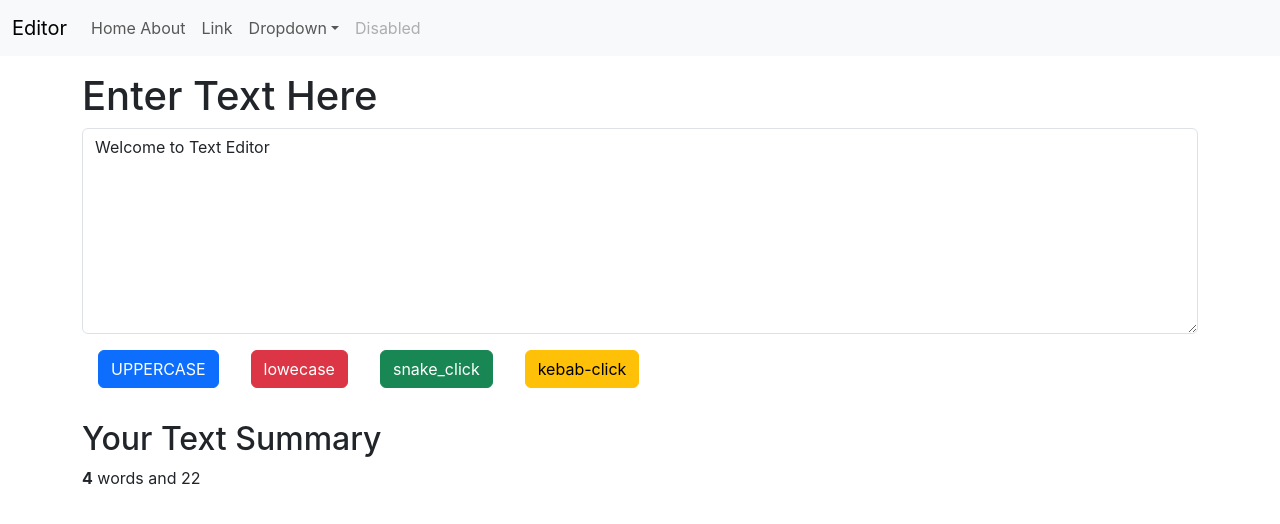
Repository: Shubham-tawar/Text-editor
Page: /
These files come from the project's save history. The page is drawn as it stood at one moment and after the next save; the edit follows.
The browser window is 1280 px wide. The pictures show the whole page.
The project was rebuilt for these pictures with package versions that can differ from the ones it lists, and the page was loaded fresh each time. Also part of the build but not shown: src/App.css.

Above is the page before, as saved 2025-07-07 16:43:46.

### public/index.html
<!DOCTYPE html>
<html lang="en">
  <head>
    <meta charset="utf-8" />
    <link rel="icon" href="%PUBLIC_URL%/favicon.ico" />
    <meta name="viewport" content="width=device-width, initial-scale=1" />
    <meta name="theme-color" content="#000000" />
    <meta
      name="description"
      content="Web site created using create-react-app"
    />
    <link rel="apple-touch-icon" href="%PUBLIC_URL%/logo192.png" />
    <!--
      manifest.json provides metadata used when your web app is installed on a
      user's mobile device or desktop. See https://developers.google.com/web/fundamentals/web-app-manifest/
    -->
    <link rel="manifest" href="%PUBLIC_URL%/manifest.json" />
    <!--
      Notice the use of %PUBLIC_URL% in the tags above.
      It will be replaced with the URL of the `public` folder during the build.
      Only files inside the `public` folder can be referenced from the HTML.

      Unlike "/favicon.ico" or "favicon.ico", "%PUBLIC_URL%/favicon.ico" will
      work correctly both with client-side routing and a non-root public URL.
      Learn how to configure a non-root public URL by running `npm run build`.
    -->
    <link href="https://cdn.jsdelivr.net/npm/bootstrap@5.3.7/dist/css/bootstrap.min.css" rel="stylesheet" integrity="sha384-LN+7fdVzj6u52u30Kp6M/trliBMCMKTyK833zpbD+pXdCLuTusPj697FH4R/5mcr" crossorigin="anonymous">
    <title>React App</title>
  </head>
  <body>
    <noscript>You need to enable JavaScript to run this app.</noscript>
    <div id="root"></div>
    <!--
      This HTML file is a template.
      If you open it directly in the browser, you will see an empty page.

      You can add webfonts, meta tags, or analytics to this file.
      The build step will place the bundled scripts into the <body> tag.

      To begin the development, run `npm start` or `yarn start`.
      To create a production bundle, use `npm run build` or `yarn build`.
    -->
    <script src="https://cdn.jsdelivr.net/npm/bootstrap@5.3.7/dist/js/bootstrap.bundle.min.js" integrity="sha384-ndDqU0Gzau9qJ1lfW4pNLlhNTkCfHzAVBReH9diLvGRem5+R9g2FzA8ZGN954O5Q" crossorigin="anonymous"></script>
  </body>
</html>

### src/App.js

import './App.css';
import Navbar from './components/Navbar';
import Textform from './components/Textform';

function App() {
  return (
    <>
    <Navbar title="Editor" aboutText="About"/>
    <Textform heading = "Enter Text Here"/>
    </>
  );
}

export default App;

### src/components/Navbar.js
import React from 'react'
import PropTypes from 'prop-types'
export default function Navbar(props) {
  return (
    <>
    <nav className="navbar navbar-expand-lg navbar-light bg-light">
        <div className="container-fluid">
            <a className="navbar-brand" href="/">{props.title}</a>
            <button className="navbar-toggler" type="button" data-toggle="collapse" data-target="#navbarSupportedContent" aria-controls="navbarSupportedContent" aria-expanded="false" aria-label="Toggle navigation">
                <span className="navbar-toggler-icon"></span>
            </button>

            <div className="collapse navbar-collapse" id="navbarSupportedContent">
                <ul className="navbar-nav mr-auto">
                <li className="nav-item active">
                    <a className="nav-link" href="/">Home <span className="sr-only">{props.aboutText}</span></a>
                </li>
                <li className="nav-item">
                    <a className="nav-link" href="/">Link</a>
                </li>
                <li className="nav-item dropdown">
                    <a className="nav-link dropdown-toggle" href="/" id="navbarDropdown" role="button" data-toggle="dropdown" aria-haspopup="true" aria-expanded="false">
                    Dropdown
                    </a>
                    <div className="dropdown-menu" aria-labelledby="navbarDropdown">
                    <a className="dropdown-item" href="/">Action</a>
                    <a className="dropdown-item" href="/">Another action</a>
                    <div className="dropdown-divider"></div>
                    <a className="dropdown-item" href="/">Something else here</a>
                    </div>
                </li>
                <li className="nav-item">
                    <a className="nav-link disabled" href="/">Disabled</a>
                </li>
                </ul>

            </div>
        </div>

    </nav>
    </>
  )
}

Navbar.propTypes = {
    title: PropTypes.string,
    aboutText: PropTypes.string
}

### src/components/Textform.js
import React, {useState} from 'react'
import PropTypes from 'prop-types'


export default function Textform(props) {
    const [text, setText] = useState("Welcome to Text Editor");

    function handleUpClick(){
        console.log("Uppercase was clicked");
        let newText = text.toUpperCase();
        setText(newText);
    }

    function handleLowClick(){
        console.log("Lowercase was clicked");
        let newText = text.toLowerCase();
        setText(newText);
    }
    function handleSnakeClick(){
        console.log("Snake Case was clicked");
        let newText = text.replace(/\s+/g, '_').toLowerCase();
        setText(newText);
    }
    function handleKebabClick(){
        console.log("Kebab Case was clicked");
        let newText = text.replace(/_/g, '-').toLowerCase();
        setText(newText);
    }
    function handleOnChange(event){  // able to change teh text in the textarea
        setText(event.target.value);
    }

    return (
        <>
        <form className='container my-3'>

            <div className="form-group">
                <h1>{props.heading}</h1>
                <textarea className="form-control" id="exampleFormControlTextarea1" onChange={handleOnChange} rows="8" value={text} placeholder='Text Area'></textarea>
            </div>
            <button type='button' className="btn btn-primary m-3" onClick={handleUpClick}>UPPERCASE</button>
            <button type='button' className="btn btn-danger m-3" onClick={handleLowClick}>lowecase</button>
            <button type='button' className="btn btn-success m-3" onClick={handleSnakeClick}>snake_click</button>
            <button type='button' className="btn btn-warning m-3" onClick={handleKebabClick}>kebab-click</button>
        </form>
        <div className="container">
            <h2>Your Text Summary</h2>
            <p><b>{text.split(' ').length}</b> words and {text.length}</p>
        </div>

        </>
    )
}

Textform.propTypes = {
    heading: PropTypes.string
}

Textform.defaultProps = {
    heading: "Enter Text Here"
}

Loaded but not shown: src/index.js (common file); src/index.css (common file); src/reportWebVitals.js (common file)

After the next save:
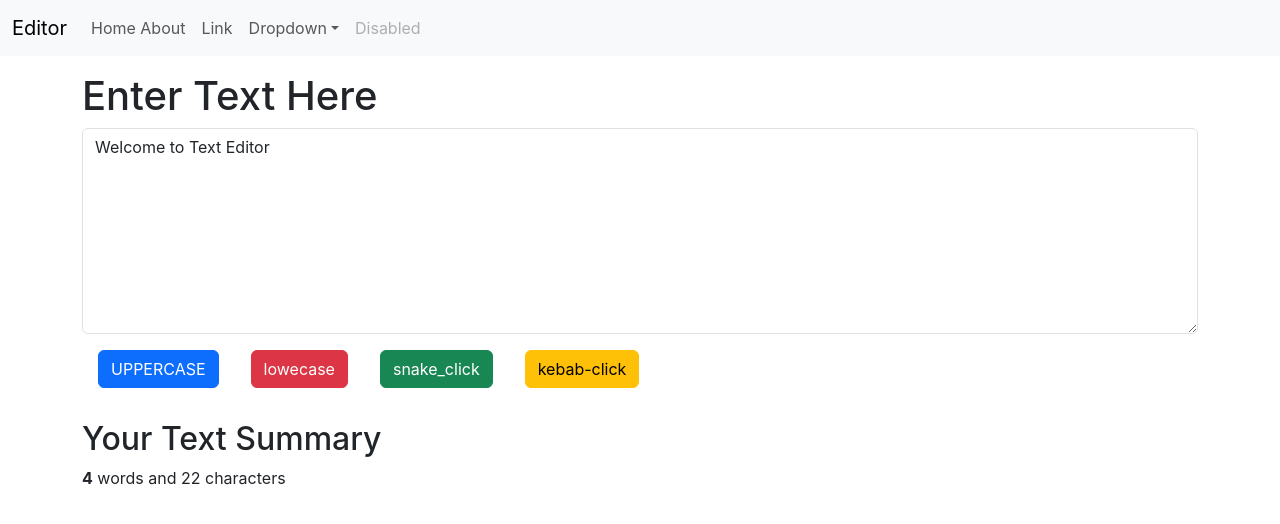
Saved 5 s later.
--- a/src/components/Textform.js
+++ b/src/components/Textform.js
@@ -45,7 +45,7 @@ export default function Textform(props) {
         </form>
         <div className="container">
             <h2>Your Text Summary</h2>
-            <p><b>{text.split(' ').length}</b> words and {text.length}</p>
+            <p><b>{text.split(' ').length}</b> words and {text.length} characters</p>
         </div>
 
         </>
